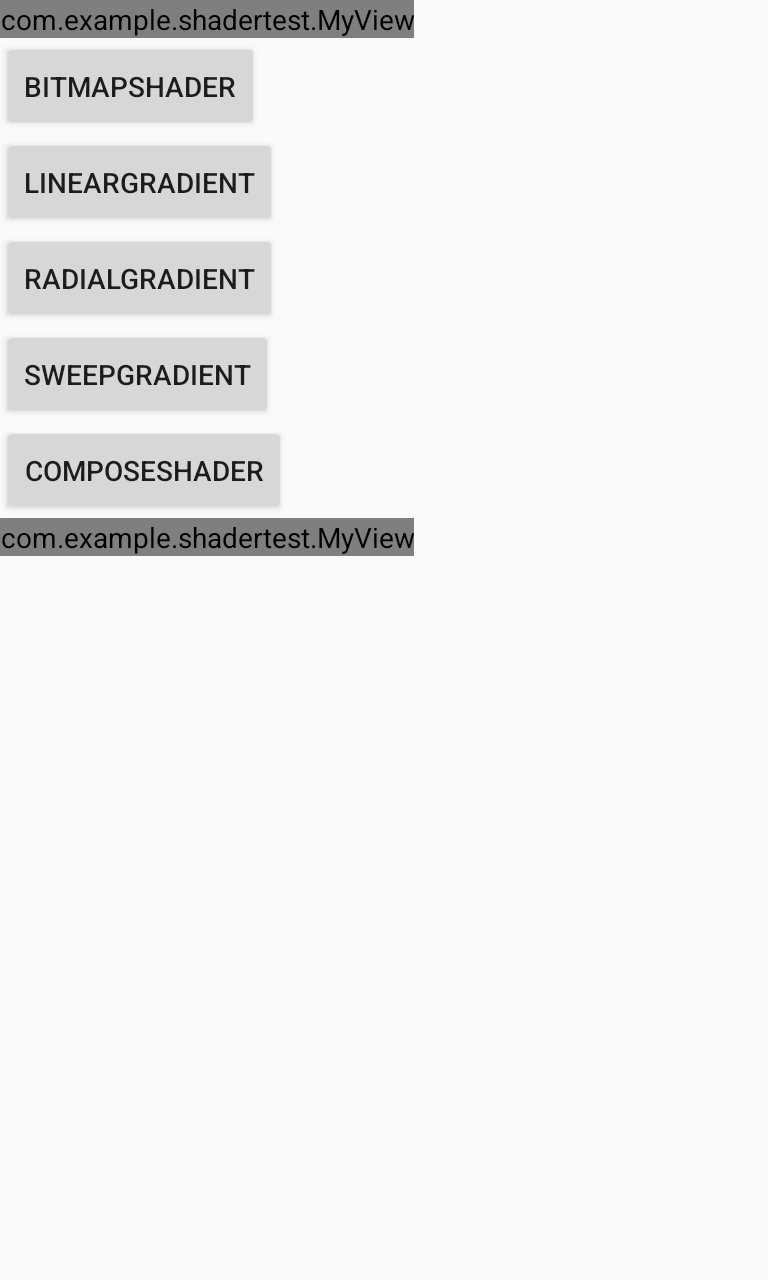
Repository: 18810012802/creazyAndroid
Layout: workspace3/ShaderTest/res/layout/activity_main.xml
An editor plug-in stored every save of this project. The layout is shown before and after the next save, followed by the edit.
Pictures or frames that could not be fetched are drawn as grey boxes. It is drawn on a 768 x 1280 px phone screen (xhdpi) without system bars, with theme AppTheme; the app's code is not run.

Above is the layout before, as saved 2016-05-09 16:16:00.

After the next save:
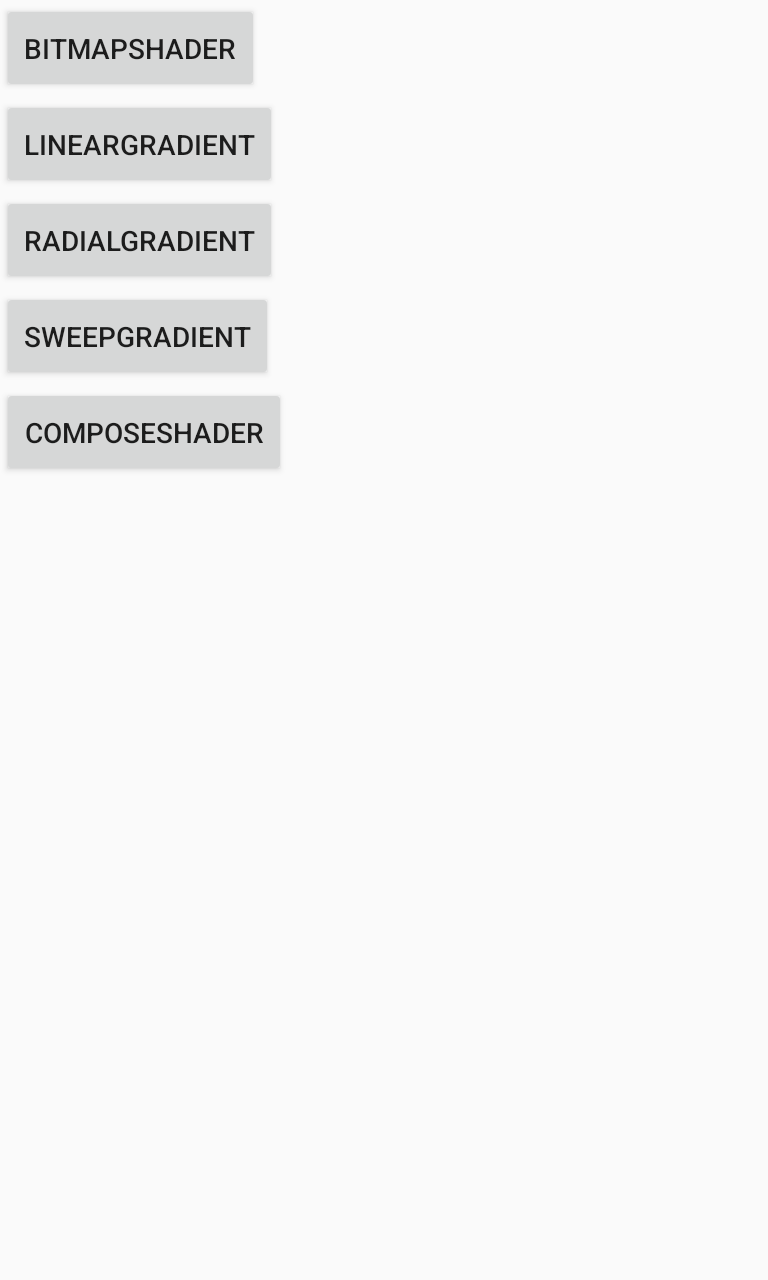
Saved 47 s later.
--- a/workspace3/ShaderTest/res/layout/activity_main.xml
+++ b/workspace3/ShaderTest/res/layout/activity_main.xml
@@ -3,10 +3,10 @@
     android:orientation="vertical"
     android:layout_height="match_parent"
    >
- <com.example.shadertest.MyView
+ <!-- <com.example.shadertest.MyView
         android:layout_width="wrap_content"
         android:layout_height="wrap_content"
-        android:id="@+id/my_view" />
+        android:id="@+id/my_view" /> -->
 
 	<Button
 	    android:layout_width="wrap_content"
@@ -33,8 +33,5 @@
         android:layout_height="wrap_content"
         android:text="ComposeShader"
         android:id="@+id/bn5" />
-	<com.example.shadertest.MyView
-        android:layout_width="wrap_content"
-        android:layout_height="wrap_content"
-        android:id="@+id/my_view2" />
+
 </LinearLayout>
